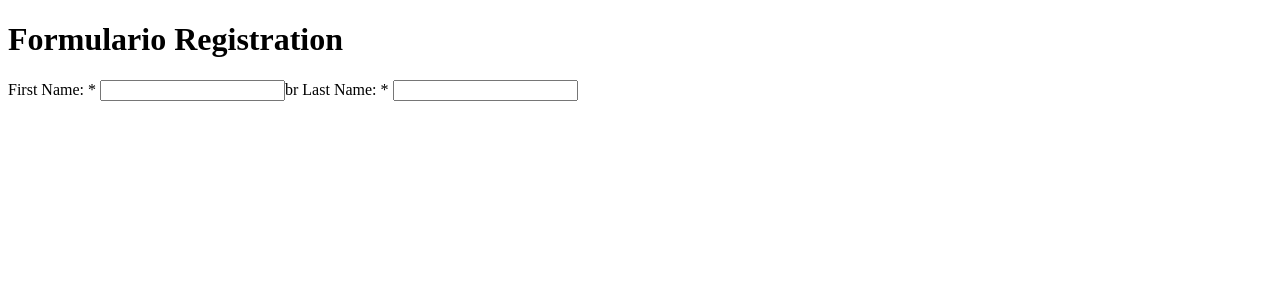
Repository: Fredy452/Fundamentos_de_la_Web
Page: Trabajos/Formulario/index.html
These files come from the project's save history. The page is drawn as it stood at one moment and after the next save; the edit follows.
The browser window is 1280 px wide. The pictures show the whole page.

Above is the page before, as saved 2023-06-14 18:03:39.

After the next save:
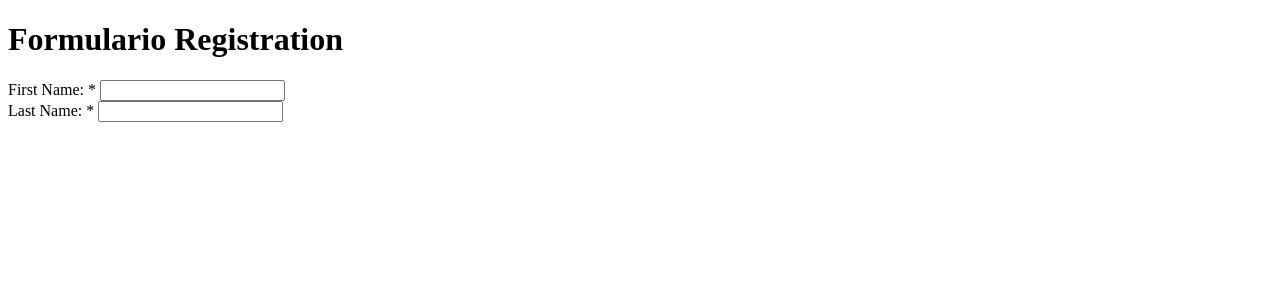
Saved 5 s later.
--- a/Trabajos/Formulario/index.html
+++ b/Trabajos/Formulario/index.html
@@ -9,7 +9,7 @@
     <h1>Formulario Registration</h1>
     <form method="post">
         <label for="name">First Name: *</label>
-        <input type="text" name="name" id="name">br
+        <input type="text" name="name" id="name"><br>
         <label for="lastName">Last Name: *</label>
         <input type="text" name="lastName" id="lastName">
     </form>
